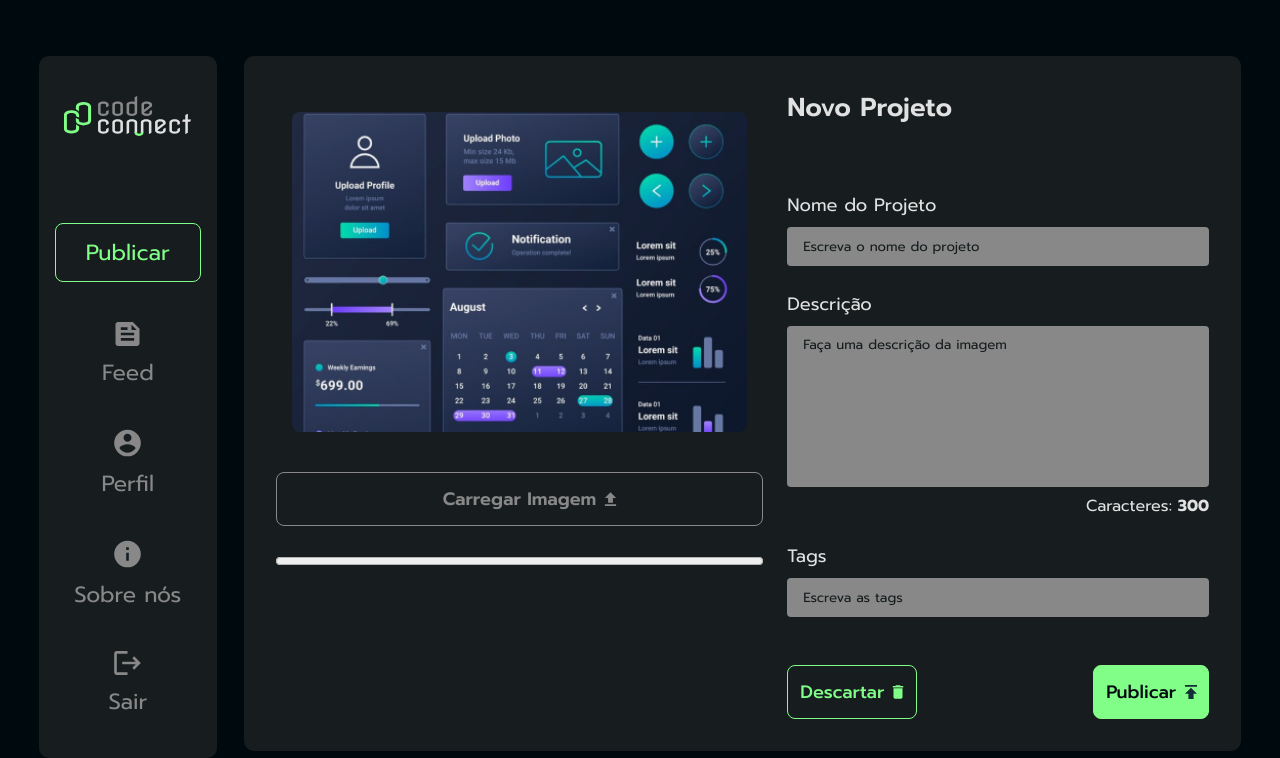
Repository: joaoPraiaJunior/async_await
Page: index.html
An editor plug-in stored every save of this project. The page is shown before and after the next save, followed by the edit.
The browser window is 1280 px wide. The pictures show the whole page.

Above is the page before, as saved 2024-08-29 20:50:31.

### index.html
<!DOCTYPE html>
<html lang="pt-BR" dir="ltr">

<head>
    <meta charset="UTF-8">
    <meta name="viewport" content="width=device-width, initial-scale=1.0">
    <meta name="description" content="Projeto Async Await">
    <link rel="preconnect" href="https://fonts.googleapis.com">
    <link rel="preconnect" href="https://fonts.gstatic.com" crossorigin>
    <link href="https://fonts.googleapis.com/css2?family=Prompt:ital,wght@0,100;0,200;0,300;0,400;0,500;0,600;0,700;0,800;0,900;1,100;1,200;1,300;1,400;1,500;1,600;1,700;1,800;1,900&display=swap" rel="stylesheet">
    <link rel="stylesheet" href="./css/styles.css">
    <title>CodeConnect</title>
</head>

<body>
    <aside class="l-lateral">
        <figure><img src="./img/Logo.svg" alt="Logo do codeconnect"></figure>
        <nav class="c-menu">
            <ul class="c-menu__lista">
                <li class="c-menu__item"><a href="#" class="c-menu__link">Publicar</a></li>
                <li class="c-menu__item"><a href="#" class="c-menu__link"><img src="./img/feed.svg" aria-hidden="true" alt>Feed</a></li>
                <li class="c-menu__item"><a href="#" class="c-menu__link"><img src="./img/account_circle.svg" aria-hidden="true" alt>Perfil</a></li>
                <li class="c-menu__item"><a href="#" class="c-menu__link"><img src="./img/info.svg" aria-hidden="true" alt>Sobre nós</a></li>
                <li class="c-menu__item"><a href="#" class="c-menu__link"><img src="./img/logout.svg" aria-hidden="true" alt>Sair</a></li>
            </ul>
        </nav>
    </aside>

    <main class="l-principal">
        <div class="c-upload-imagem">
            <div class="c-upload-imagem__container">
                <figure class="c-upload-imagem__publicacao">
                    <img src="./img/imagem1.png" data-js="imagem" alt>
                </figure>
            </div>
            <button class="c-upload-imagem__botao" aria-label="carregar imagem" data-js="upload-de-imagem" aria-label="carregar-imagem">Carregar Imagem</button>
            <input type="file" name="imagem" id="imagem" accept="image/*" aria-hidden="true" style="display:none" data-js="input-upload-imagem">
            <div class="c-upload-imagem__descricao" data-js="descricao-da-imagem">

            </div>
            <div class="c-upload-imagem__mensagem-erro">
                <p data-js="mensagem-de-erro" aria-hidden="true"></p>
            </div>
            <div class="c-barra-de-progresso">
                <progress class="c-barra-de-progresso__progresso" id="file" value="0" max="100"></progress>
            </div>
        </div>

        <div class="c-formulario">
            <h1 class="c-formulario__titulo">Novo Projeto</h1>
            <form class="c-formulario__acoes" data-js="formulario">

                <div class="c-formulario__grupo">
                    <label for="projeto">Nome do Projeto</label>
                    <input type="text" name="projeto" id="projeto" placeholder="Escreva o nome do projeto">
                </div>
                <div class="c-formulario__grupo">
                    <label for="descricao">Descrição</label>
                    <textarea name="descricao" id="descricao" placeholder="Faça uma descrição da imagem" maxlength="300" data-js="area-de-texto"></textarea>
                    <p class="c-formulario__contador">Caracteres: <strong data-js="contador-de-caracteres">300</strong></p>
                </div>

                <div class="c-formulario__grupo">
                    <label for="tags">Tags</label>
                    <input type="text" name="tags" id="tags" placeholder="Escreva as tags" data-js="input-tags">
                </div>

                <ul class="c-formulario__lista" data-js="formulario-lista-tags">
                </ul>

                <div class="c-formulario__botoes">
                    <button type="reset" class="c-formulario__botao c-formulario__botao--descartar" data-js="botao-excluir-dados-formulario">Descartar</button>
                    <button type="submit" class="c-formulario__botao c-formulario__botao--salvar">Publicar</button>
                </div>
            </form>
        </div>
    </main>

    <script type="module" src="./js/scripts.js"></script>
</body>

</html>

### css/styles.css
:root {
  /* Cores */
  --background-color: #00090e;
  --cor-do-texto: #e1e1e1;
  --cor-primaria: #81fe88;
  --cor-secundaria: #888888;
  --cor-da-tag: #171d1f;
  --componentes-do-background: #171d1f;

  /* Fontes */
  --fonte-padrao: "Prompt", sans-serif;
}

* {
  margin: 0;
  padding: 0;
  box-sizing: border-box;
}

html {
  font-size: 62.5%;
}

body {
  display: flex;
  justify-content: center;
  align-items: start;
  gap: 2.7rem;
  font-family: var(--fonte-padrao);
  font-size: 1.6rem;
  background-color: var(--background-color);
  color: var(--cor-do-texto);
  padding: 5.6rem 0;
  height: 100vh;
}

.l-lateral {
  text-align: center;
  background-color: var(--componentes-do-background);
  border-radius: 1rem;
  padding: 4rem 1.6rem;
}

.c-menu__lista {
  display: flex;
  flex-direction: column;
  align-items: center;
  gap: 4rem;
  margin-top: 8rem;
  list-style-type: none;
}

.c-menu__link {
  display: flex;
  flex-direction: column;
  align-items: center;
  gap: 1rem;
  font-size: 2.2rem;
  text-decoration: none;
  color: var(--cor-secundaria);
}

.c-menu__lista li:first-of-type a {
  color: var(--cor-primaria);
  border: 0.1rem solid var(--cor-primaria);
  border-radius: 0.8rem;
  padding: 1.2rem 3rem;
}

.l-principal {
  display: flex;
  gap: 2.4rem;
  background-color: var(--componentes-do-background);
  border-radius: 1rem;
  padding: 3.2rem;
}

.c-formulario {
  display: flex;
  flex-direction: column;
  gap: 2.4rem;
  width: 42.2rem;
}

.c-formulario__titulo {
  font-size: 2.6rem;
  font-weight: 600;
  margin-bottom: 4rem;
}

.c-formulario__acoes {
  display: flex;
  flex-direction: column;
  gap: 2.4rem;
}

.c-formulario__grupo label {
  display: block;
  font-size: 1.8rem;
  font-weight: 400;
  margin-bottom: 0.8rem;
  cursor: pointer;
}

.c-formulario__grupo input,
textarea {
  background-color: var(--cor-secundaria);
  font-family: var(--fonte-padrao);
  line-height: 2.25rem;
  border: none;
  border-radius: 0.4rem;
  padding: 0.8rem 1.6rem;
  width: 100%;
}

.c-formulario__grupo textarea {
  resize: none;
  height: 16.1rem;
}

.c-formulario__grupo input {
  height: 3.9rem;
}

.c-formulario__grupo input::placeholder, textarea::placeholder {
  color: var(--componentes-do-background);
}

.c-formulario__grupo label {
  cursor: pointer;
}

.c-formulario__lista {
  display: flex;
  gap: 1.0rem;
  flex-wrap: wrap;
  list-style-type: none;
}

.c-formulario__lista-tags {
  display: flex;
  gap: 1rem;
  color: var(--cor-da-tag);
  background-color: var(--cor-secundaria);
  border-radius: 0.4rem;
  padding: 0.4rem 0.8rem;
  cursor: pointer;
}

.c-formulario__botoes {
  display: flex;
  justify-content: space-between;
  gap: 2.4rem;
}

.c-formulario__botao {
  font-family: var(--fonte-padrao);
  font-size: 1.8rem;
  font-weight: 500;
  text-align: center;
  border-radius: 0.8rem;
  padding: 1.2rem 3.2rem 1.2rem 1.2rem;
  cursor: pointer;
}

.c-formulario__botao--descartar,
.c-formulario__botao--salvar {
  position: relative;
}

.c-formulario__botao--descartar {
  color: var(--cor-primaria);
  background-color: var(--componentes-do-background);
  border: 0.1rem solid var(--cor-primaria);
}

.c-formulario__botao--salvar {
  color: var(--background-color);
  background-color: var(--cor-primaria);
  border: 0.1rem solid var(--cor-primaria);
}

.c-formulario__botao--descartar::after,
.c-formulario__botao--salvar::after,
.c-upload-imagem__botao::after {
  content: "";
  display: inline-block;
  position: absolute;
  top: 50%;
  background-size: contain;
  background-repeat: no-repeat;
  margin-left: 0.8rem;
  width: 1.5rem;
  height: 1.5rem;
  transform: translateY(-50%);
}

.c-formulario__botao--descartar::after {
  background-image: url("../img/trash.svg");
}

.c-formulario__botao--salvar::after {
  background-image: url("../img/arrow_forward2.svg");
}

.c-upload-imagem__botao::after {
  background-image: url("../img/upload.svg");
}

.c-formulario__contador {
  text-align: right;
}

.c-upload-imagem__publicacao {
  background-color: var(--secundary-color);
  border-radius: 0.8rem;
  padding: 2.4rem 1.6rem;
  height: 36.8rem;
}

.c-upload-imagem__publicacao img {
  border-radius: 0.8rem;
  object-fit: cover;
  height: 100%;
}

.c-upload-imagem__botao {
  position: relative;
  color: var(--cor-secundaria);
  background-color: var(--componentes-do-background);
  font-family: var(--fonte-padrao);
  font-size: 1.8rem;
  font-weight: 600;
  text-align: center;
  margin: 1.6rem 0 0.8rem 0;
  border: 0.1rem solid var(--cor-secundaria);
  border-radius: 0.8rem;
  padding: 1.2rem;
  width: 100%;
  cursor: pointer;
}

.c-upload-imagem__descricao {
  display: flex;
  gap: 0.8rem;
  color: var(--secundary-color);
  font-size: 1.5rem;
}

.c-upload-imagem__descricao img {
  cursor: pointer;
}

.c-upload-imagem__mensagem-erro {
  margin-top: 1.5rem;
}


.piscar {
  animation: piscar 1.5s infinite;
}

@keyframes piscar {
  0% {
    opacity: 1;
  }
  50% {
    opacity: 0.5;
  }
  100% {
    opacity: 1;
  }
}

.c-botao {
  position: relative;
  background-color: transparent;
  border: none;
  width: .9rem;
  height: 2.2rem;
  cursor: pointer;
}

.c-botao::after {
  content: "";
  position: absolute;
  top: 50%;
  display: inline-block;
  background-size: contain;
  background-repeat: no-repeat;
  width: .9rem;
  height: .9rem;
  transform: translate(-50%, -50%);
}

.c-botao--excluir::after {
  background-image: url("../img/close-black.svg");
}

.c-botao--fechar::after {
  background-image: url("../img/close.svg");
}

.c-barra-de-progresso__progresso {
  back-ground-color: var(--cor-primaria);
  width: 100%;
}

### js/modulos/contadorDeCaracteres.js
function contadorDeCaracteres() {

    const elementos = {
        areaDeTexto: '[data-js="area-de-texto"]',
        contador: '[data-js="contador-de-caracteres"]',
    }

    const areaDeTexto = document.querySelector(elementos.areaDeTexto);
    const contador = document.querySelector(elementos.contador);
    const limiteDeCaracteres = areaDeTexto.getAttribute('maxlength');

    contador.textContent = parseInt(limiteDeCaracteres) - parseInt(areaDeTexto.value.length);
}

export default contadorDeCaracteres;

### js/modulos/criarTagsDoProjeto.js
import exibirTagsDisponiveis from './exibirTagsDisponiveis.js';
import manipularMensagemDeErro from './manipularMensagemDeErro.js';

async function criarTagsDoProjeto(evento) {

    const elementos = {
        inputTags: '[data-js="input-tags"]',
        formularioListaTags: '[data-js="formulario-lista-tags"]',
    }

    const inputTags = document.querySelector(elementos.inputTags);
    const formularioListaTags = document.querySelector(elementos.formularioListaTags);
    const tecla = evento.key;

    if (tecla === 'Enter') {
        evento.preventDefault();
        const nomeDaTag = evento.target.value.trim();
        if (nomeDaTag !== '') {
            try {
                const tagJaExiste = await exibirTagsDisponiveis(nomeDaTag);
                if (tagJaExiste) {
                    const li = document.createElement('li');
                    const p = document.createElement('p');
                    const botao = document.createElement('button');
                    li.classList.add('c-formulario__lista-tags');
                    botao.classList.add('c-botao', 'c-botao--excluir');
                    botao.setAttribute('aria-label', 'Excluir tag');
                    botao.setAttribute('type', 'button');
                    botao.dataset.js = 'botao-excluir-tag';
                    p.textContent = tagJaExiste;
                    li.appendChild(p);
                    li.appendChild(botao);
                    formularioListaTags.appendChild(li);
                    inputTags.value = '';
                } else {
                    manipularMensagemDeErro('Tag não encontrada');
                    inputTags.value = '';
                }
            } catch (erro) {
                manipularMensagemDeErro('Erro ao criar tag', erro);
            }
        }
    }
}

export default criarTagsDoProjeto;

### js/modulos/descartarDadosDoFormulario.js
import elementosQueResetamFormulario from './elementosQueResetamFormulario.js';

function descartarDadosDoFormulario(evento) {
    evento.preventDefault();
    elementosQueResetamFormulario();
}

export default descartarDadosDoFormulario;

### js/modulos/enviarDados.js
import manipularMensagemDeErro from './manipularMensagemDeErro.js';
import publicarDadosDoProjeto from './publicarDadosDoProjeto.js';

async function enviarDados(evento) {

    const elementos = {
        formularioListaTags: '[data-js="formulario-lista-tags"]',
        formulario: '[data-js="formulario"]',
        inputUploadImagem: '[data-js="input-upload-imagem"]',
    }

    const formularioListaTags = document.querySelector(elementos.formularioListaTags);
    const formulario = document.querySelector(elementos.formulario);
    const inputUploadImagem = document.querySelector(elementos.inputUploadImagem);

    evento.preventDefault();

    const nomeDoProjeto = formulario.projeto;
    const descricaoDoProjeto = formulario.descricao;
    const tags = Array.from(formularioListaTags.children).map(tag => tag.querySelector('p').textContent);
    const imagemDoProjeto = inputUploadImagem;

    try {
        const mensagem = await publicarDadosDoProjeto({nomeDoProjeto, descricaoDoProjeto, tags, imagemDoProjeto});
        manipularMensagemDeErro(mensagem);
    } catch (erro) {
        manipularMensagemDeErro(erro);
    }
}

export default enviarDados;

### js/modulos/excluirImagemApresentada.js
function excluirImagemApresentada(evento) {

    const elementos = {
        imagem: '[data-js="imagem"]',
        descricaoDaImagem: '[data-js="descricao-da-imagem"]',
        inputUploadDeImagem: '[data-js="input-upload-imagem"]',
        uploadDeImagem: '[data-js="upload-de-imagem"]',
    }

    const imagem = document.querySelector(elementos.imagem);
    const descricaoDaImagem = document.querySelector(elementos.descricaoDaImagem);
    const inputUploadDeImagem = document.querySelector(elementos.inputUploadDeImagem);
    const uploadDeImagem = document.querySelector(elementos.uploadDeImagem);
    const botaoExcluir = evento.target.closest('[data-js="botao-excluir-imagem"]');

    if(botaoExcluir){
        imagem.src = './img/imagem1.png';
        descricaoDaImagem.innerHTML = '';
        inputUploadDeImagem.value = ''
        uploadDeImagem.focus();
    }
}

export default excluirImagemApresentada;

### js/modulos/excluirTag.js

function excluirTag(evento) {

    const elementos = {
        formularioListaTags: '[data-js="formulario-lista-tags"]',
    }

    const formularioListaTags = document.querySelector(elementos.formularioListaTags);
    const botaoExcluir = evento.target.closest('[data-js="botao-excluir-tag"]');

    if (botaoExcluir) {
        const tagEscolhida = botaoExcluir.parentElement;
        formularioListaTags.removeChild(tagEscolhida);
    }
}

export default excluirTag;

### js/modulos/uploadDeImagem.js
import descricaoDaImagemEscolhida from './descricaoDaImagemEscolhida.js';
import lerConteudoDoArquivo from './lerConteudoDoArquivo.js';
import manipularMensagemDeErro from './manipularMensagemDeErro.js';

async function uploadDeImagem(evento) {

    const elementos = {
        imagem: '[data-js="imagem"]',
        descricaoDaImagem: '[data-js="descricao-da-imagem"]',
    }

    const imagem = document.querySelector(elementos.imagem);
    const descricaoDaImagem = document.querySelector(elementos.descricaoDaImagem);
    const arquivo = evento.target.files[0];

    if (!arquivo) {

        manipularMensagemDeErro('Nenhum arquivo selecionado.');
        return;

    } else {

        try {
            const conteudoDoArquivo = await lerConteudoDoArquivo(arquivo);
            imagem.src = conteudoDoArquivo.url;
            descricaoDaImagem.innerHTML = descricaoDaImagemEscolhida(arquivo.name);
            manipularMensagemDeErro(null); // Limpa a mensagem

        } catch (erro) {

            manipularMensagemDeErro(erro); // Exibe o erro
        }

    }
}

export default uploadDeImagem;

### js/modulos/elementosQueResetamFormulario.js

function elementosQueResetamFormulario() {

    const elementos = {
        imagem: '[data-js="imagem"]',
        descricaoDaImagem: '[data-js="descricao-da-imagem"]',
        formularioListaTags: '[data-js="formulario-lista-tags"]',
        formulario: '[data-js="formulario"]',
        inputUploadDeImagem: '[data-js="input-upload-imagem"]',
    }

    const imagem = document.querySelector(elementos.imagem);
    const descricaoDaImagem = document.querySelector(elementos.descricaoDaImagem);
    const formulario = document.querySelector(elementos.formulario);
    const formularioListaTags = document.querySelector(elementos.formularioListaTags);
    const inputUploadDeImagem = document.querySelector(elementos.inputUploadDeImagem);


    formulario.reset();
    imagem.src = './img/imagem1.png';
    descricaoDaImagem.innerHTML = '';
    formularioListaTags.innerHTML = '';
    inputUploadDeImagem.value = '';
}


export default elementosQueResetamFormulario;

### js/modulos/exibirTagsDisponiveis.js
import barraDeProgresso from "./barraDeProgresso.js";


let contador = 0;

function exibirTagsDisponiveis(tagTexto) {

    const tagsDisponiveis = [
        "Front-end",
        "Programação",
        "Data Science",
        "Full-stack",
        "HTML",
        "CSS",
        "JavaScript",
        "React",
        "Angular",
        "Vue",
        "Back-end",
    ];

    return new Promise((resolve) => {

        setTimeout(() => {
            resolve(tagsDisponiveis.find(tag => tagTexto.toLowerCase() === tag.toLowerCase()));
            barraDeProgresso(contador);
        }, 1000);

    });
}

export default exibirTagsDisponiveis;

### js/modulos/manipularMensagemDeErro.js

let ajustarAnimacao = null;

function manipularMensagemDeErro(erro) {

    const elementos = {
        mensagemDeErro: '[data-js="mensagem-de-erro"]',
    }

    const mensagemDeErro = document.querySelector(elementos.mensagemDeErro);

    if (erro) {
        mensagemDeErro.textContent = erro;
        mensagemDeErro.classList.add('piscar');
        mensagemDeErro.setAttribute('aria-hidden', false);
        mensagemDeErro.setAttribute('role', 'alert');
        mensagemDeErro.setAttribute('tabindex', 0); // Para que o leitor de tela leia a mensagem
        pararAnimacao();
        animacao();
    } else {
        mensagemDeErro.textContent = '';
    }

    function animacao() {
        ajustarAnimacao = setTimeout(() => {
            mensagemDeErro.textContent = '';
            mensagemDeErro.classList.remove('piscar');
            mensagemDeErro.setAttribute('aria-hidden', true);
            mensagemDeErro.removeAttribute('role');
            mensagemDeErro.removeAttribute('tabindex');
        }, 15000);
    }

    function pararAnimacao() {
        if (ajustarAnimacao) {
            clearTimeout(ajustarAnimacao);
            ajustarAnimacao = null;
        }
    }
}



export default manipularMensagemDeErro

### js/modulos/publicarDadosDoProjeto.js
import dadosNoLocalStorage from './dadosNoLocalStorage.js';
import validaDadosFormulario from './validaDadosFormulario.js';

async function publicarDadosDoProjeto(dados) {


    return new Promise((resolve, reject) => {
        setTimeout(() => {
            const erroDados = validaDadosFormulario(dados);

            if (erroDados) {
                return reject(erroDados);
            }

            const envio = dadosNoLocalStorage(dados);

            if (envio) {
                resolve('Projeto publicado com sucesso');

            } else {
                reject('Erro ao publicar projeto');
            }
        }, 2000);

    });
}

export default publicarDadosDoProjeto;

### js/modulos/descricaoDaImagemEscolhida.js
function descricaoDaImagemEscolhida(nomeDaImagem) {

    const paragrafo = document.createElement('p');
    paragrafo.textContent = nomeDaImagem;
    const botao = document.createElement('button');
    botao.classList.add('c-botao', 'c-botao--fechar');
    botao.setAttribute('aria-label', 'Exluir imagem');
    botao.setAttribute('type', 'button');
    botao.dataset.js = 'botao-excluir-imagem';

    return `${paragrafo.outerHTML} ${botao.outerHTML}`;

}

export default descricaoDaImagemEscolhida;

### js/modulos/lerConteudoDoArquivo.js

import validaImagem from './validaImagem.js';

function lerConteudoDoArquivo(arquivo) {

    return new Promise((resolve, reject) => {
        const leitor = new FileReader();
        leitor.onload = () => {

            const erro = validaImagem(arquivo)

            if (erro) {
                return reject(erro);
            }

            resolve({ url: leitor.result, nome: arquivo.name });
        }

        leitor.onerror = () => {
            reject(`Erro na leitura do arquivo ${arquivo.name}`);
        }

        leitor.readAsDataURL(arquivo);
    });
}

export default lerConteudoDoArquivo;

### js/modulos/barraDeProgresso.js
function barraDeProgresso(contador) {
    console.log(`Progresso: ${contador + 1 * 100}%`);
}

export default barraDeProgresso;

### js/modulos/dadosNoLocalStorage.js
import elementosQueResetamFormulario from './elementosQueResetamFormulario.js';
import lerConteudoDoArquivo from './lerConteudoDoArquivo.js';

async function dadosNoLocalStorage(dados) {

    const projetoNoLOcalStorage = JSON.parse(localStorage.getItem('Projeto')) || [];

    const { nomeDoProjeto, descricaoDoProjeto, tags, imagemDoProjeto } = dados;



    const imagem = await lerConteudoDoArquivo(imagemDoProjeto.files[0]);
    const nomeDaImagem = imagem.nome;
    const urlDaImagem = imagem.url;

    const dadosDoProjeto = {
        nomeDoProjeto: nomeDoProjeto.value,
        descricaoDoProjeto: descricaoDoProjeto.value,
        tags: tags,
        urlDaImagem: urlDaImagem,
        nomeDaImagem: nomeDaImagem
    };

    projetoNoLOcalStorage.push(dadosDoProjeto);

    localStorage.setItem('Projeto', JSON.stringify(projetoNoLOcalStorage));

    elementosQueResetamFormulario();
}

export default dadosNoLocalStorage;

### js/modulos/validaDadosFormulario.js
import validaInputFile from "./validaInputFile.js";
import validaInputs from "./validaInputs.js";
import verificaListaDeTags from "./verificaListaDeTags.js";


function validaDadosFormulario(dados) {

    const {nomeDoProjeto, descricaoDoProjeto, tags, imagemDoProjeto} = dados;

    if(!validaInputFile(imagemDoProjeto)) {
        return 'Adicione uma imagem ao projeto';
    }

    if(!validaInputs(nomeDoProjeto, descricaoDoProjeto)) {
        return 'Verifique se os campos Nome do Projeto e Descrição estão preenchidos';
    }

    if(!verificaListaDeTags(tags)) {
        return 'Adicione pelo menos uma tag';
    }

    return null; // Se erro.
}

export default validaDadosFormulario;

### js/modulos/validaImagem.js
import validaExtensaoDaImagem from './validaExtensaoDaImagem.js';
import validaTamanhoDaImagem from './validaTamanhoDaImagem.js';

function validaImagem(arquivo) {

    if (!validaExtensaoDaImagem(arquivo)) {
        return 'Extensão não permitida. Por favor, envie uma imagem no formato JPEG, PNG, JPG ou GIF';
    }

    if (!validaTamanhoDaImagem(arquivo)) {
        return 'Tamanho da imagem não permitido. Por favor, envie uma imagem de até 2MB';
    }

    return null; // Sem erro
}

export default validaImagem;

### js/modulos/validaInputFile.js
function validaInputFile(imagemDoProjeto) {
    if(imagemDoProjeto.files.length === 0) {
        return false;
    }

    return true;
}

export default validaInputFile;

### js/modulos/validaInputs.js
function validaInputs(nomeDoProjeto, descricaoDoProjeto) {

    if(!nomeDoProjeto.value || !descricaoDoProjeto.value) {
        return false;
    }

    return true;
}

export default validaInputs;

### js/modulos/verificaListaDeTags.js


function verificaListaDeTags(tags) {
    if(tags.length === 0 || !Array.isArray(tags)) {
        return false;
    }

    return true;
}

export default verificaListaDeTags;

### js/modulos/validaExtensaoDaImagem.js
function validaExtensaoDaImagem(arquivo) {

    const extensoesPermitidas = ['image/jpeg', 'image/png', 'image/jpg', 'image/gif'];
    return extensoesPermitidas.includes(arquivo.type);
}

export default validaExtensaoDaImagem;

### js/modulos/validaTamanhoDaImagem.js
function validaTamanhoDaImagem(arquivo) {

    const tamanhoPermitidoDoisMB = 1024 * 1024 * 2;
    return arquivo.size <= tamanhoPermitidoDoisMB;
}

export default validaTamanhoDaImagem;

Loaded but not shown: js/scripts.js (48 lines, source omitted)

After the next save:
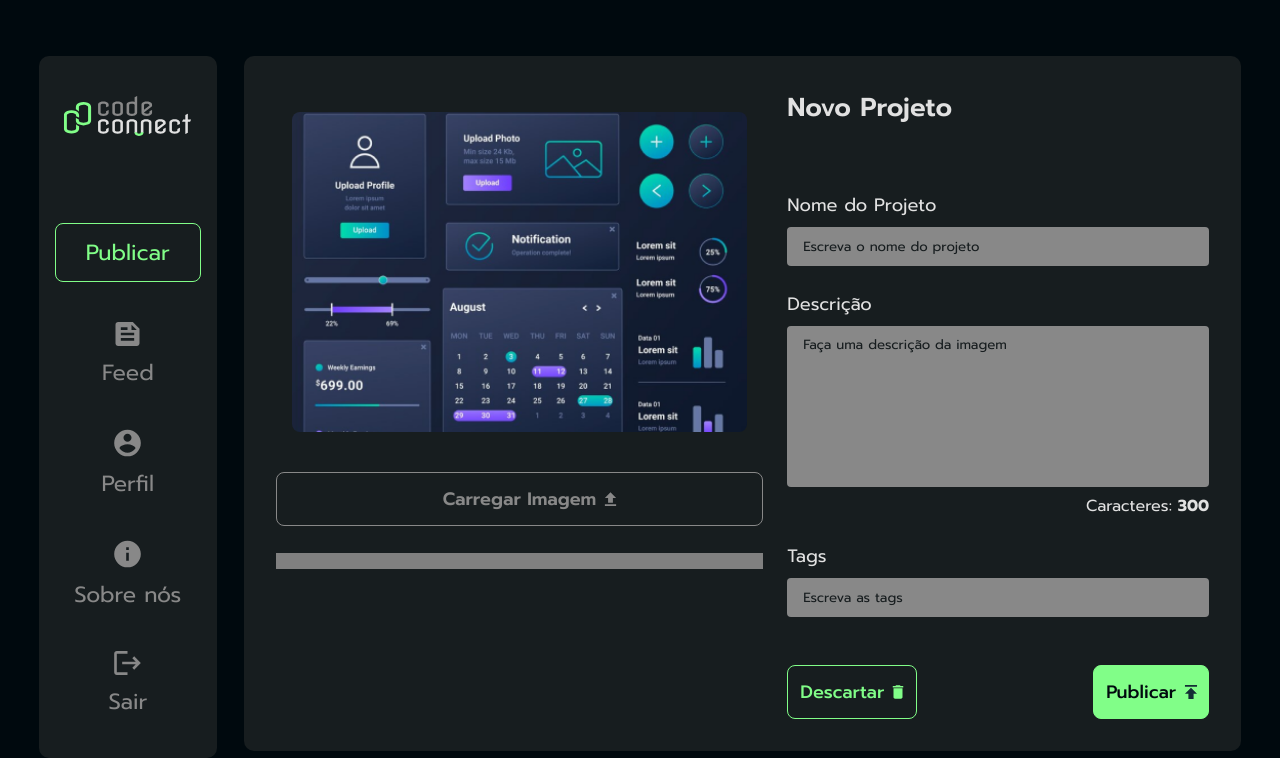
Saved 7 s later.
--- a/css/styles.css
+++ b/css/styles.css
@@ -302,6 +302,6 @@ textarea {
 }
 
 .c-barra-de-progresso__progresso {
-  back-ground-color: var(--cor-primaria);
+  background-color: var(--cor-primaria);
   width: 100%;
 }
